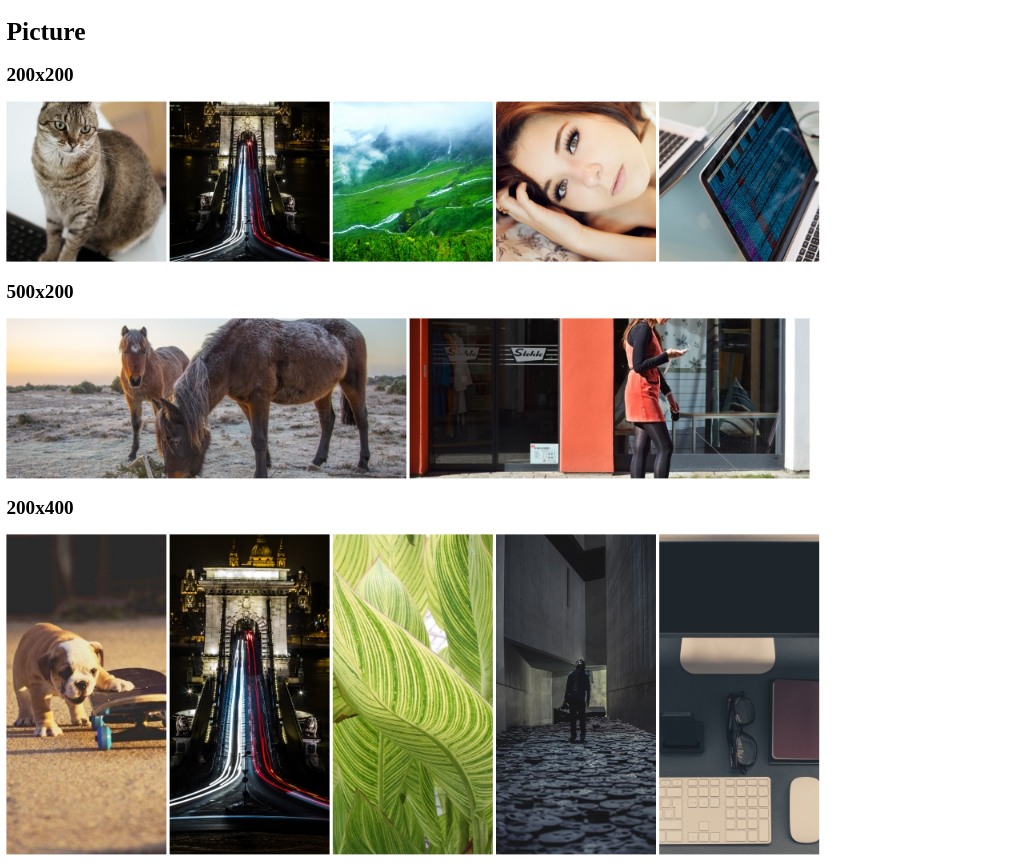
Repository: heoSuKyeong/client_Ssanyong
Page: ClientTest/src/main/webapp/html/q009.html
An editor plug-in stored every save of this project. The page is shown before and after the next save, followed by the edit.
The browser window is 1280 px wide. The pictures show the whole page, at 80% of full size.

Above is the page before, as saved 2023-09-21 02:13:05.

After the next save:
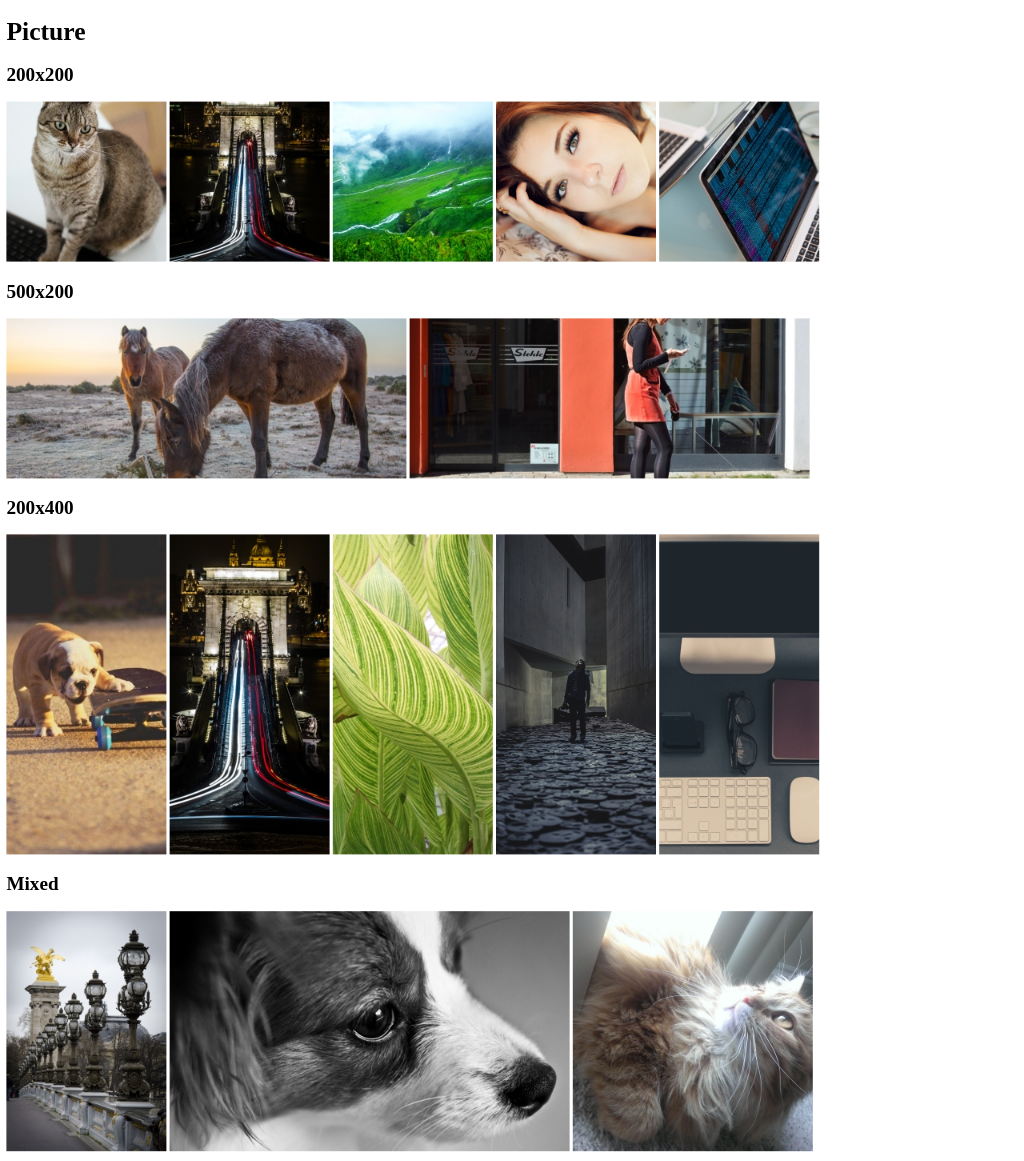
Saved 78 s later.
--- a/ClientTest/src/main/webapp/html/q009.html
+++ b/ClientTest/src/main/webapp/html/q009.html
@@ -32,5 +32,12 @@
 	<img src="images/placeimg_200_400_tech.jpg" alt="사진" width="200" height="400">
 
 
+	<h2>Mixed</h2>
+
+	<img src="images/placeimg_200_300_arch.jpg" alt="사진" width="200" height="300">
+	<img src="images/placeimg_500_300_animals.jpg" alt="사진" width="500" height="300">
+	<img src="images/placeimg_300_300_animals.jpg" alt="사진" width="300" height="300">
+
+
 </body>
 </html>
